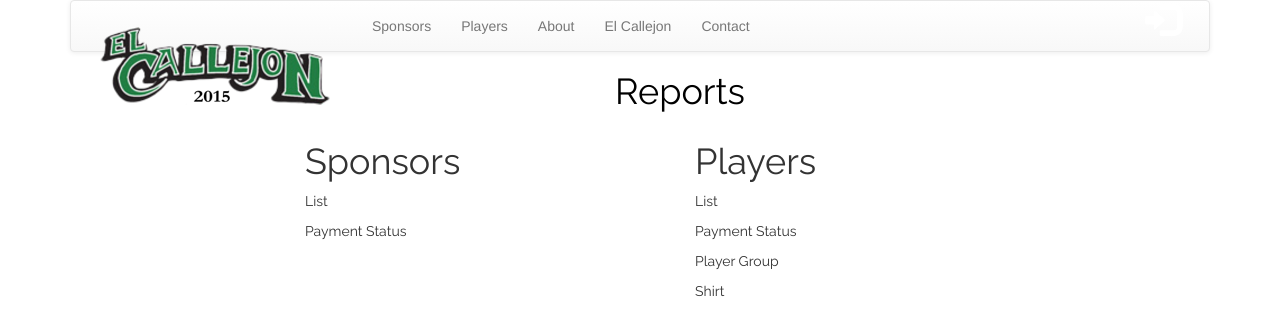
Repository: rojour/callejongolf
Page: register/templates/home/management.html
The author's editor kept a record of every edit. The page is drawn from the files as they stood at one moment, then again after the next edit.
The browser window is 1280 px wide. The pictures show the whole page.
Some web libraries are served in a nearby version. The template is drawn by Django 2.2. The application's start-up code is not run. The template is opened directly, without the code that normally fills it, so the values that code supplies are empty.

Above is the page before.
Console error: TypeError: Cannot set properties of null (setting 'innerHTML')

After the next edit:
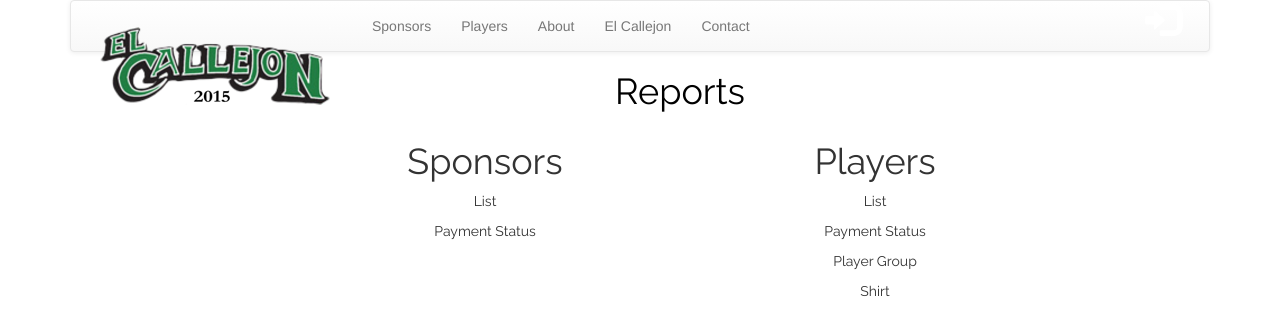
The edit:
--- a/register/templates/home/management.html
+++ b/register/templates/home/management.html
@@ -1,9 +1,9 @@
 {% extends 'players/base.html' %}
 
 {% block content %}
-<div class="container">
+<div class="container text-center">
 <div>
-    <h1 class="text-center"><a href="">Reports</a></h1>
+    <h1><a href="">Reports</a></h1>
 </div>
 <div class="row">
    <div class="col-md-4 col-md-offset-2">
